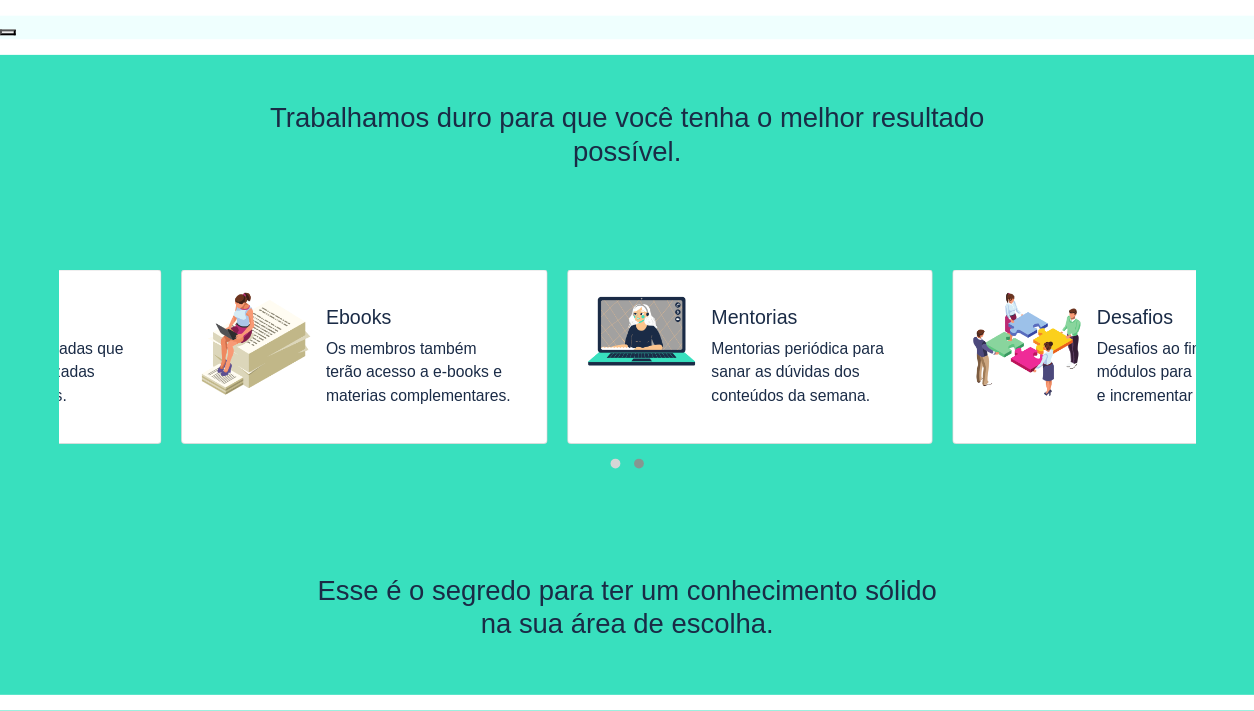
Repository: MarTech-Coders-Planejamento/site-oficial
Page: home.html
These files come from the project's save history. The page is drawn as it stood at one moment and after the next save; the edit follows.
The browser window is 1280 px wide. The pictures show the whole page, at 98% of full size.
Some web fonts or font styles are not loaded; a fallback is used.

Above is the page before, as saved 2021-10-25 18:52:21.

### home.html
<!DOCTYPE html>
<html lang="pt-BR">
  <head>
    <meta charset="UTF-8" />
    <meta http-equiv="X-UA-Compatible" content="IE=edge" />
    <meta name="viewport" content="width=device-width, initial-scale=1.0" />
    <!--Fonts Google-->
    <link
      href="https://fonts.googleapis.com/css2?family=Tomorrow:wght@300;400;700&display=swap"
      rel="stylesheet"
    />

    <!-- Bootstrap CSS -->
    <link
      href="https://cdn.jsdelivr.net/npm/bootstrap@5.1.2/dist/css/bootstrap.min.css"
      rel="stylesheet"
      integrity="sha384-uWxY/CJNBR+1zjPWmfnSnVxwRheevXITnMqoEIeG1LJrdI0GlVs/9cVSyPYXdcSF"
      crossorigin="anonymous"
    />

    <!-- Styles -->
    <link rel="stylesheet" href="./css/home.css" />
    <link
      rel="stylesheet"
      href="https://cdnjs.cloudflare.com/ajax/libs/OwlCarousel2/2.3.4/assets/owl.carousel.min.css"
      integrity="sha512-tS3S5qG0BlhnQROyJXvNjeEM4UpMXHrQfTGmbQ1gKmelCxlSEBUaxhRBj/EFTzpbP4RVSrpEikbmdJobCvhE3g=="
      crossorigin="anonymous"
    />
    <link
      rel="stylesheet"
      href="https://cdnjs.cloudflare.com/ajax/libs/OwlCarousel2/2.3.4/assets/owl.theme.default.min.css"
      integrity="sha512-sMXtMNL1zRzolHYKEujM2AqCLUR9F2C4/05cdbxjjLSRvMQIciEPCQZo++nk7go3BtSuK9kfa/s+a4f4i5pLkw=="
      crossorigin="anonymous"
    />

    <title>Home</title>
  </head>
  <body>
    <div class="container-fluid">
      <!--cabeçalho fluido-->
      <header>
        <nav></nav>
      </header>
      <main>
        <section class="bg-one">
          <!--dobra1-->
          <article>
            <header></header>
            <h1></h1>
            <p></p>
            <figure></figure>
            <button></button>
          </article>
        </section>
        <section class="bg-two">
          <!--dobra2-->
          <article>
            <h2></h2>
            <p></p>
            <figure></figure>
          </article>
        </section>
        <section class="bg-one">
          <!--dobra3-->
          <article>
            <header></header>
            <p></p>
            <figure></figure>
          </article>
        </section>
        <section class="bg-two">
          <!--dobra4-->
          <div class="d-flex flex-column">
            <div class="d-flex flex-column">
              <p class="h3 p-5 text-center">
                Trabalhamos duro para que você tenha o melhor resultado <br />
                possível.
              </p>
            </div>
            <div class="row p-5" style="max-width: 100vw; margin: 0;">
              <div class="col-12">
                <div class="owl-carousel owl-theme">
                  <div class="card" style="max-width: 540px; padding: 20px;">
                    <div class="row g-0">
                      <div class="col-md-4 align-middle">
                        <img src="/image/icon-video.png" class="img-fluid rounded-start" alt="...">
                      </div>
                      <div class="col-md-8">
                        <div class="card-body">
                          <h5 class="card-title">Vídeo-aula</h5>
                          <p class="card-text">Vídeo-aulas gravadas que serão disponibilizadas para os membros.</p>
                        </div>
                      </div>
                    </div>
                  </div>

                  <div class="card" style="max-width: 540px; padding: 20px;">
                    <div class="row g-0">
                      <div class="col-md-4 align-middle">
                        <img src="/image/icon-ebook.png" class="img-fluid rounded-start" alt="...">
                      </div>
                      <div class="col-md-8">
                        <div class="card-body">
                          <h5 class="card-title">Ebooks</h5>
                          <p class="card-text">Os membros também terão acesso a e-books e materias complementares.</p>
                        </div>
                      </div>
                    </div>
                  </div>
                  <div class="card" style="max-width: 540px; padding: 20px;">
                    <div class="row g-0">
                      <div class="col-md-4 align-middle">
                        <img src="/image/icon-mentoria.png" class="img-fluid rounded-start" alt="...">
                      </div>
                      <div class="col-md-8">
                        <div class="card-body">
                          <h5 class="card-title">Mentorias</h5>
                          <p class="card-text">Mentorias periódica para sanar as dúvidas dos conteúdos da semana.</p>
                        </div>
                      </div>
                    </div>
                  </div>
                  <div class="card" style="max-width: 540px; padding: 20px;">
                    <div class="row g-0">
                      <div class="col-md-4 align-middle">
                        <img src="/image/icon-desafio.png" class="img-fluid rounded-start" alt="...">
                      </div>
                      <div class="col-md-8">
                        <div class="card-body">
                          <h5 class="card-title">Desafios</h5>
                          <p class="card-text">Desafios ao final dos módulos para inspirarem e incrementar o portfólio.</p>
                        </div>
                      </div>
                    </div>
                  </div>

                </div>
              </div>
            </div>
            <div class="d-flex flex-column">
              <p class="h3 p-5 text-center">
                Esse é o segredo para ter um conhecimento sólido <br />
                na sua área de escolha.
              </p>
            </div>
          </div>
        </section>
      </main>

      <footer class="bg-one">
        <!--footer-->
        <article></article>
        <p></p>
      </footer>
    </div>

    <!-- Owl Carousel -->

    <script src="https://cdnjs.cloudflare.com/ajax/libs/jquery/3.6.0/jquery.min.js"></script>

    <!-- Bootstrap Bundle javascript -->
    <script
      src="https://cdn.jsdelivr.net/npm/bootstrap@5.1.2/dist/js/bootstrap.bundle.min.js"
      integrity="sha384-kQtW33rZJAHjgefvhyyzcGF3C5TFyBQBA13V1RKPf4uH+bwyzQxZ6CmMZHmNBEfJ"
      crossorigin="anonymous"
    ></script>

    <!-- Owl Carousel -->

    <script
      src="https://cdnjs.cloudflare.com/ajax/libs/OwlCarousel2/2.3.4/owl.carousel.min.js"
      integrity="sha512-bPs7Ae6pVvhOSiIcyUClR7/q2OAsRiovw4vAkX+zJbw3ShAeeqezq50RIIcIURq7Oa20rW2n2q+fyXBNcU9lrw=="
      crossorigin="anonymous"
    ></script>

    <!-- Slider -->

    <script>
      $(".owl-carousel").owlCarousel({
        loop: true,
        autoplay: true,
        margin: 20,
        animateOut: "fadeOut",
        animateIn: "fadeIn",
        autoplayHoverPause: true,
        responsive: {
          0: {
            items: 1,
            nav: false,
          },
          600: {
            items: 2,
            nav: false,
          },
          1000: {
            items: 3,
            loop: false,
          },
        },
      });
    </script>
  </body>
</html>

### css/home.css
:root {
  --bg: #effffe;
  --bg2: #38e0be;
  --texto: #1a2b46;
}
* {
  font-family: "Tomorrow", sans-serif;
}

.container-fluid {
  padding-right: 0;
  padding-left: 0;
  margin-right: auto;
  margin-left: auto;
}

.bg-one {
  background-color: var(--bg);
  color: var(--texto);
}
.bg-two {
  background-color: var(--bg2);
  color: var(--texto);
}

/* Slider Container*/

After the next save:
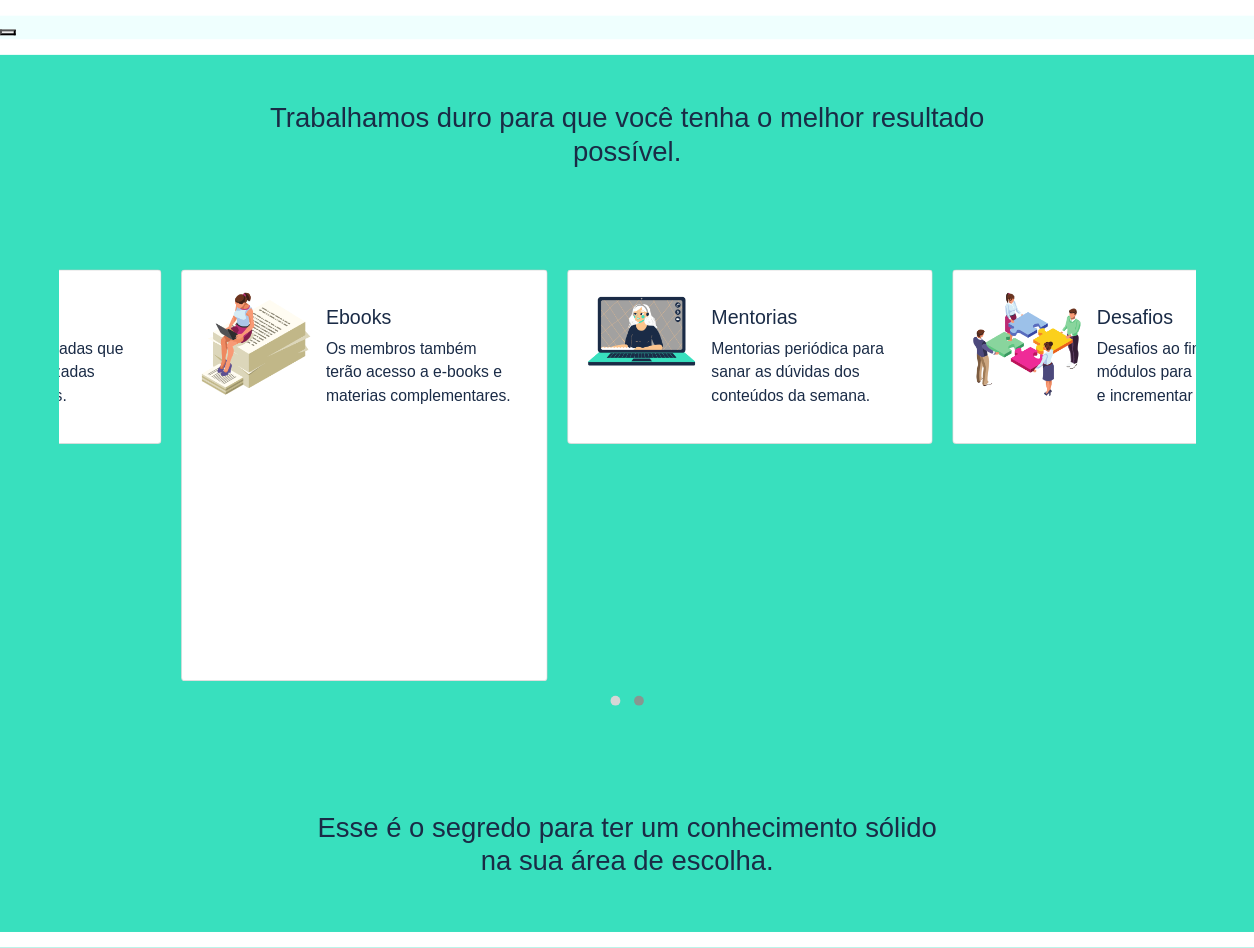
Saved 2 min 15 s later.
--- a/home.html
+++ b/home.html
@@ -94,7 +94,7 @@
                     </div>
                   </div>
 
-                  <div class="card" style="max-width: 540px; padding: 20px;">
+                  <div class="card" style="max-width: 540px; padding: 20px; min-height: 420px;">
                     <div class="row g-0">
                       <div class="col-md-4 align-middle">
                         <img src="/image/icon-ebook.png" class="img-fluid rounded-start" alt="...">
